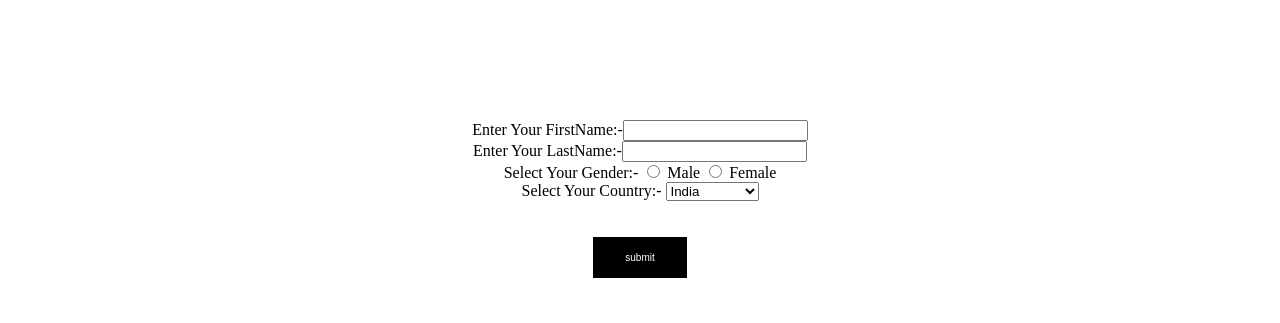
Repository: ErNitesh-d/java-program
Page: JAVA PROJECTS/ASSIGNMMENT_2/WebContent/index.html
These files come from the project's save history. The page is drawn as it stood at one moment and after the next save; the edit follows.
The browser window is 1280 px wide. The pictures show the whole page.

Above is the page before, as saved 2022-09-03 15:35:10.

After the next save:
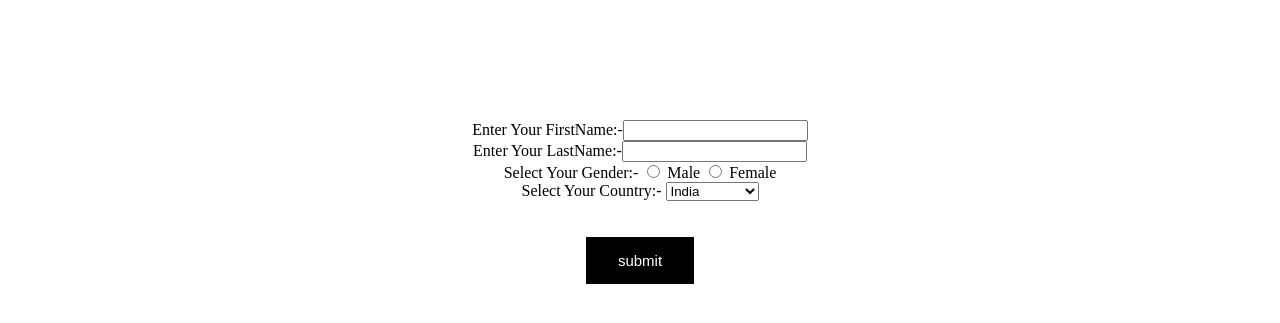
Saved 24 s later.
--- a/JAVA PROJECTS/ASSIGNMMENT_2/WebContent/index.html
+++ b/JAVA PROJECTS/ASSIGNMMENT_2/WebContent/index.html
@@ -34,7 +34,7 @@ padding: 15px 32px;
 text-align: center;
 text-decoration: none;
 display: white;
-font-size: 10px;"value="submit">
+font-size: 15px;"value="submit">
 </form>
 </div>
 </body>
